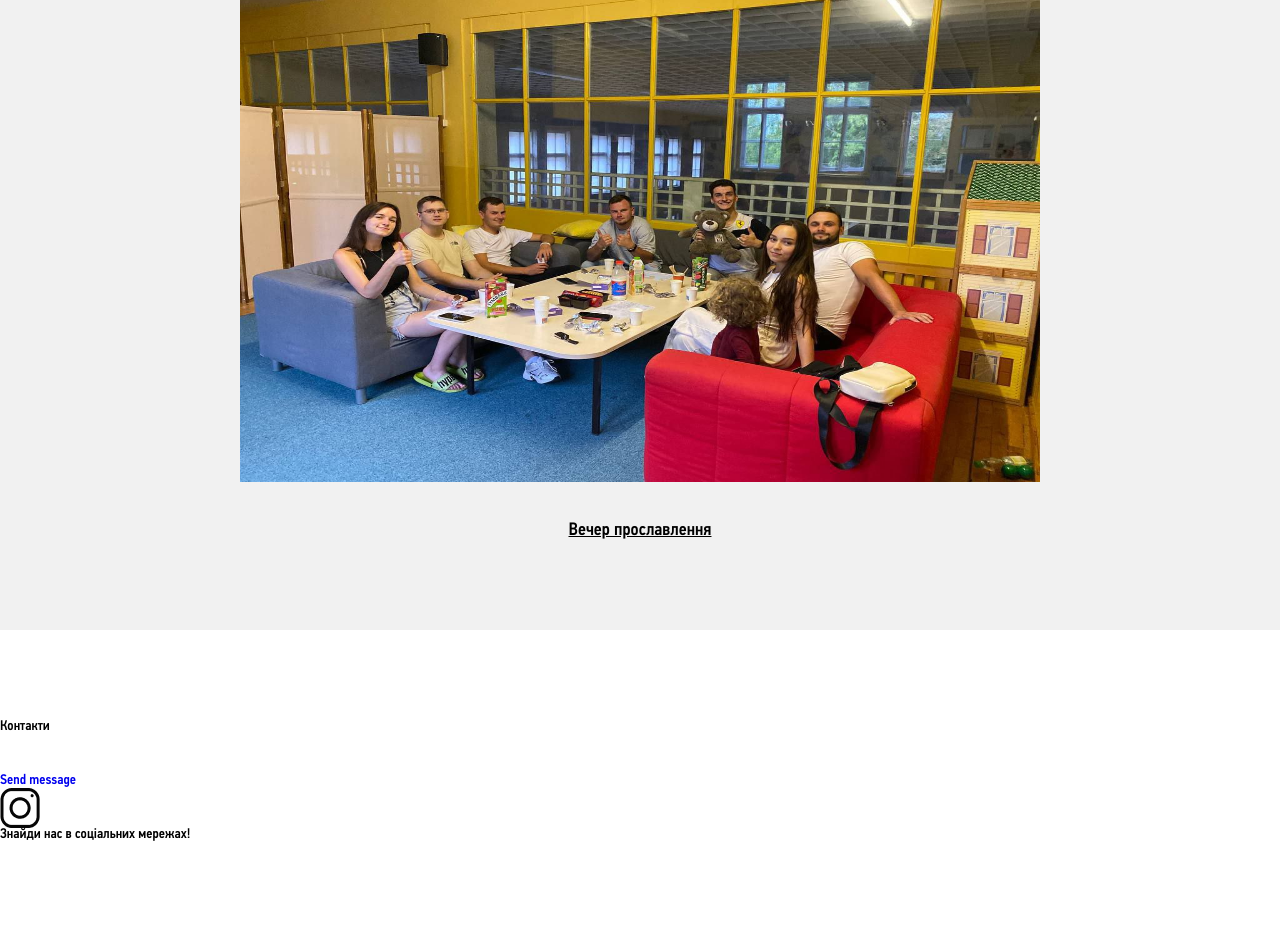
Repository: Bohdan-Sandovenko/youth-project
Page: index.html
An editor plug-in stored every save of this project. The page is shown before and after the next save, followed by the edit.
The browser window is 1280 px wide. The pictures show the part of the page from y = 2596 to 3548 px (the page is 3528 px tall before and 3548 px after).
Some web fonts or font styles are not loaded; a fallback is used. The style sheet was rebuilt from its Sass, Less or Tailwind sources for each picture, by a compiler version that may differ from the author's.

Above is the page before, as saved 2024-09-23 20:33:12.

After the next save:
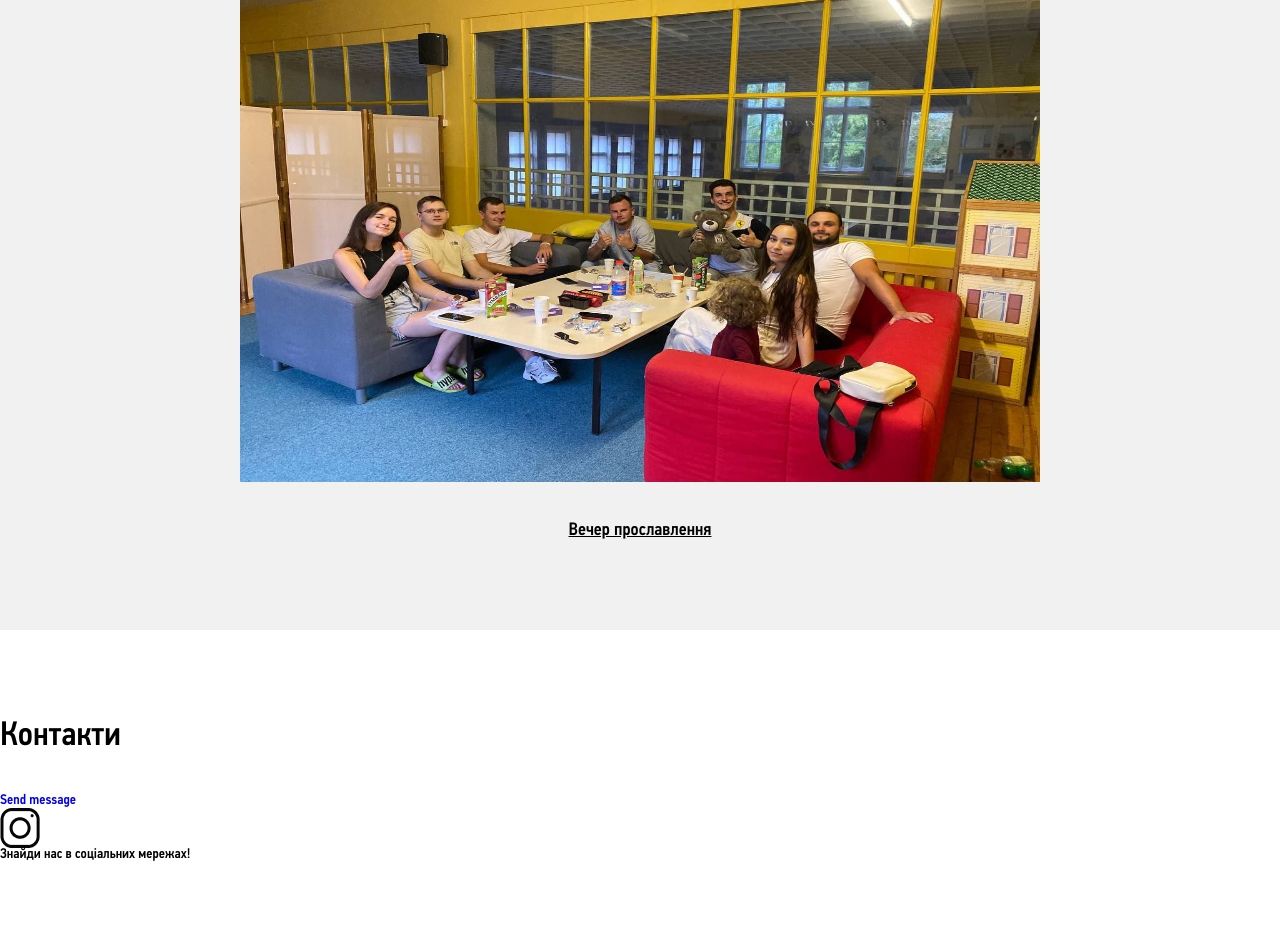
Saved 40 s later.
--- a/css/style.scss
+++ b/css/style.scss
@@ -171,6 +171,10 @@ body {
     .container {
         .contacts-title {
             margin-bottom: 40px;
+
+            .title-1 {
+                @extend %title;
+            }
         }
     }
 }
